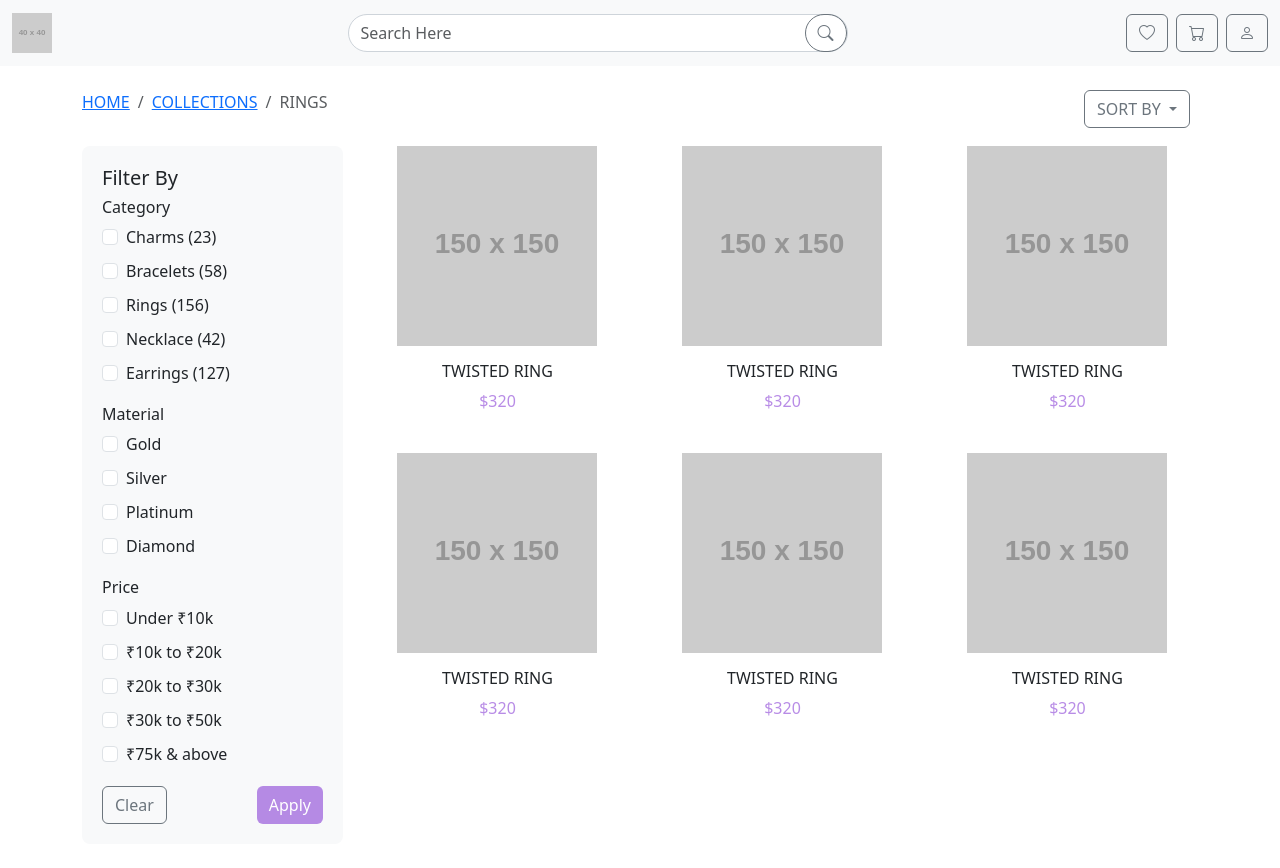
Repository: Vaishnavi323/SonaChandi
Page: http://localhost/sonachandi/application/views/demo.php
An editor plug-in stored every save of this project. The page is shown before and after the next save, followed by the edit.
The browser window is 1280 px wide. The pictures show the whole page.
The page is run by PHP 8.4 with error messages shown; the project is at /var/www/html/.

Above is the page before, as saved 2025-06-09 11:44:58.

After the next save:
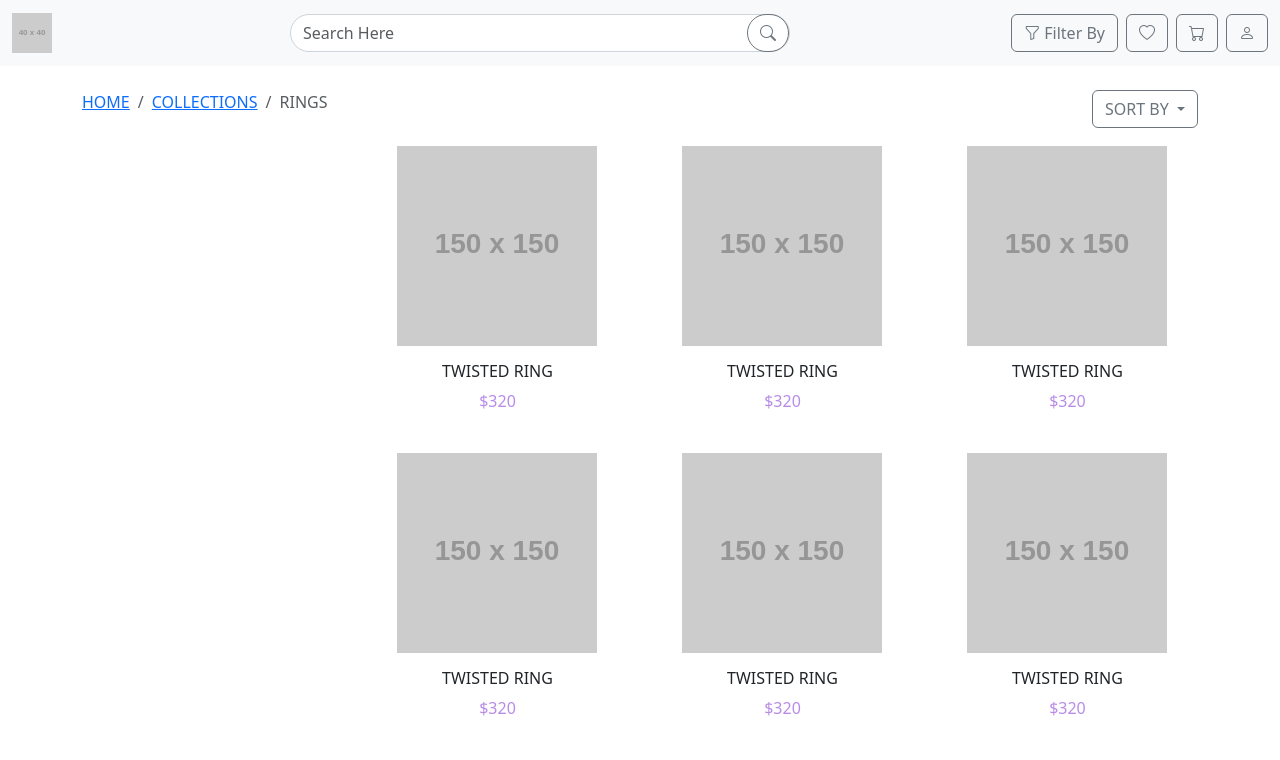
Saved 87 s later.
--- a/application/views/demo.php
+++ b/application/views/demo.php
@@ -50,6 +50,8 @@
             background-color: #f8f9fa;
             padding: 20px;
             border-radius: 8px;
+            display: none;
+            /* Initially hidden */
         }
 
         .filter-section {
@@ -78,6 +80,7 @@
                 <button class="btn btn-outline-secondary" type="submit"><i class="bi bi-search"></i></button>
             </div>
             <div class="d-flex">
+                <button class="btn btn-outline-secondary me-2" id="filterToggle"><i class="bi bi-funnel"></i> Filter By</button>
                 <button class="btn btn-outline-secondary me-2"><i class="bi bi-heart"></i></button>
                 <button class="btn btn-outline-secondary me-2"><i class="bi bi-cart"></i></button>
                 <button class="btn btn-outline-secondary"><i class="bi bi-person"></i></button>
@@ -99,7 +102,7 @@
                 </nav>
             </div>
             <div class="col-12 col-md-6 d-flex justify-content-md-end">
-                <div class="dropdown me-2">
+                <div class="dropdown">
                     <button class="btn btn-outline-secondary dropdown-toggle" type="button" id="sortDropdown" data-bs-toggle="dropdown">
                         SORT BY
                     </button>
@@ -114,7 +117,7 @@
         <div class="row">
             <!-- Filter Panel -->
             <div class="col-md-3">
-                <div class="filter-panel">
+                <div class="filter-panel" id="filterPanel">
                     <h5>Filter By</h5>
                     <div class="filter-section">
                         <h6>Category</h6>
@@ -256,6 +259,17 @@
     <link href="https://cdn.jsdelivr.net/npm/bootstrap-icons@1.10.5/font/bootstrap-icons.css" rel="stylesheet">
     <!-- Bootstrap JS -->
     <script src="https://cdn.jsdelivr.net/npm/bootstrap@5.3.3/dist/js/bootstrap.bundle.min.js"></script>
+    <!-- Custom JavaScript -->
+    <script>
+        document.getElementById('filterToggle').addEventListener('click', function() {
+            var filterPanel = document.getElementById('filterPanel');
+            if (filterPanel.style.display === 'none' || filterPanel.style.display === '') {
+                filterPanel.style.display = 'block';
+            } else {
+                filterPanel.style.display = 'none';
+            }
+        });
+    </script>
 </body>
 
 </html>
